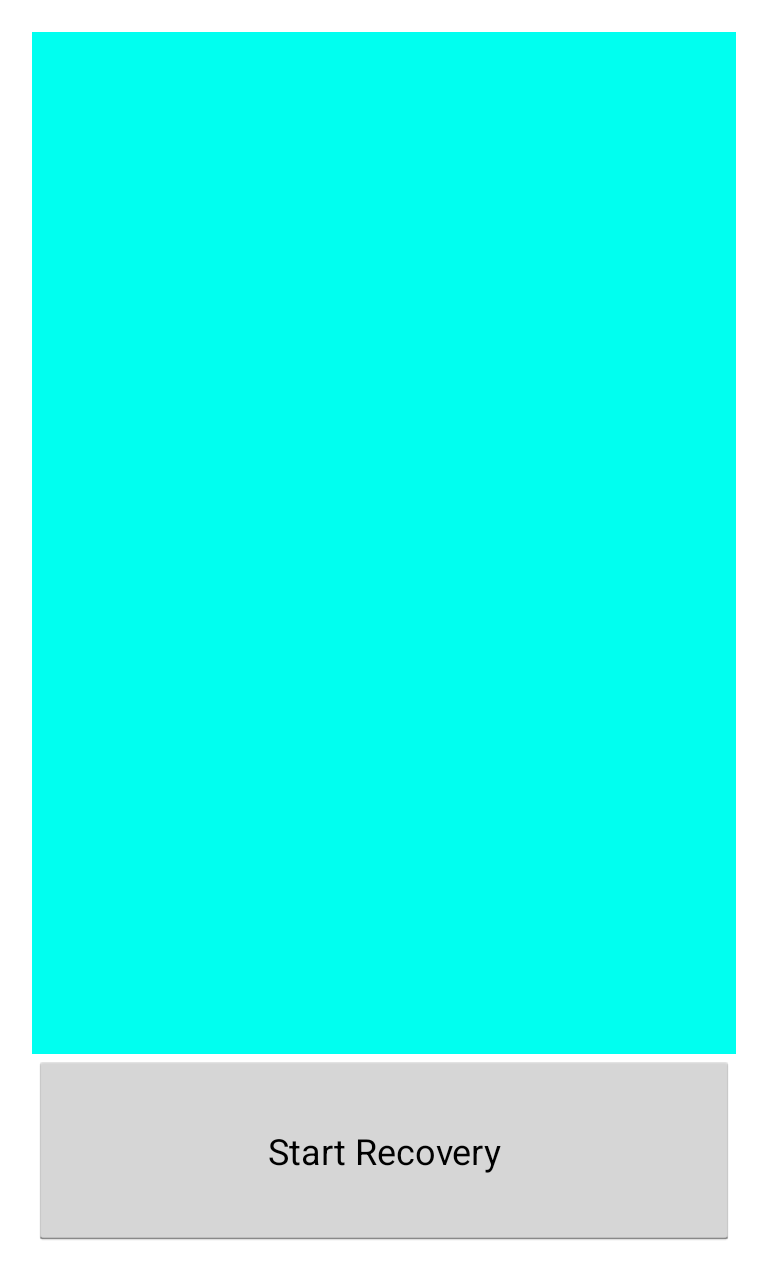
Repository: zzttt/LVM_BackupSol
Layout: TimeTraveler/res/layout/activity_recv.xml
An editor plug-in stored every save of this project. The layout is shown before and after the next save, followed by the edit.
It is drawn on a 768 x 1280 px phone screen (xhdpi) without system bars, with theme AppTheme; the app's code is not run. Lists and similar views that code fills are empty.

Above is the layout before, as saved 2014-07-20 13:20:18.

### TimeTraveler/res/layout/activity_recv.xml
<RelativeLayout xmlns:android="http://schemas.android.com/apk/res/android"
    xmlns:tools="http://schemas.android.com/tools"
    android:layout_width="match_parent"
    android:layout_height="match_parent">

    <LinearLayout
        android:layout_width="match_parent"
        android:layout_height="match_parent"
        android:weightSum="1"
        android:orientation="vertical"
	    android:paddingBottom="@dimen/activity_vertical_margin"
	    android:paddingLeft="@dimen/activity_horizontal_margin"
	    android:paddingRight="@dimen/activity_horizontal_margin"
	    android:paddingTop="@dimen/activity_vertical_margin"
        >
    <ListView
        android:id="@+id/lv_recvList"
        android:layout_width="match_parent"
        android:layout_height="wrap_content"
        android:smoothScrollbar="true"
        android:background="#00fff0"
        android:layout_weight="0.9"
         >
    </ListView>

    <Button
        android:id="@+id/startRecv"
        android:layout_width="match_parent"
        android:layout_height="40dip"
        android:text="Start Recovery"
        android:onClick="mOnClick"
        android:layout_weight="0.1"
        />

    </LinearLayout>
</RelativeLayout>

Loaded but not shown: TimeTraveler/res/values/styles.xml (common file); TimeTraveler/res/values-v11/styles.xml (common file); TimeTraveler/res/values-v14/styles.xml (common file); TimeTraveler/res/values/dimens.xml (common file); TimeTraveler/res/values-w820dp/dimens.xml (common file)

After the next save:
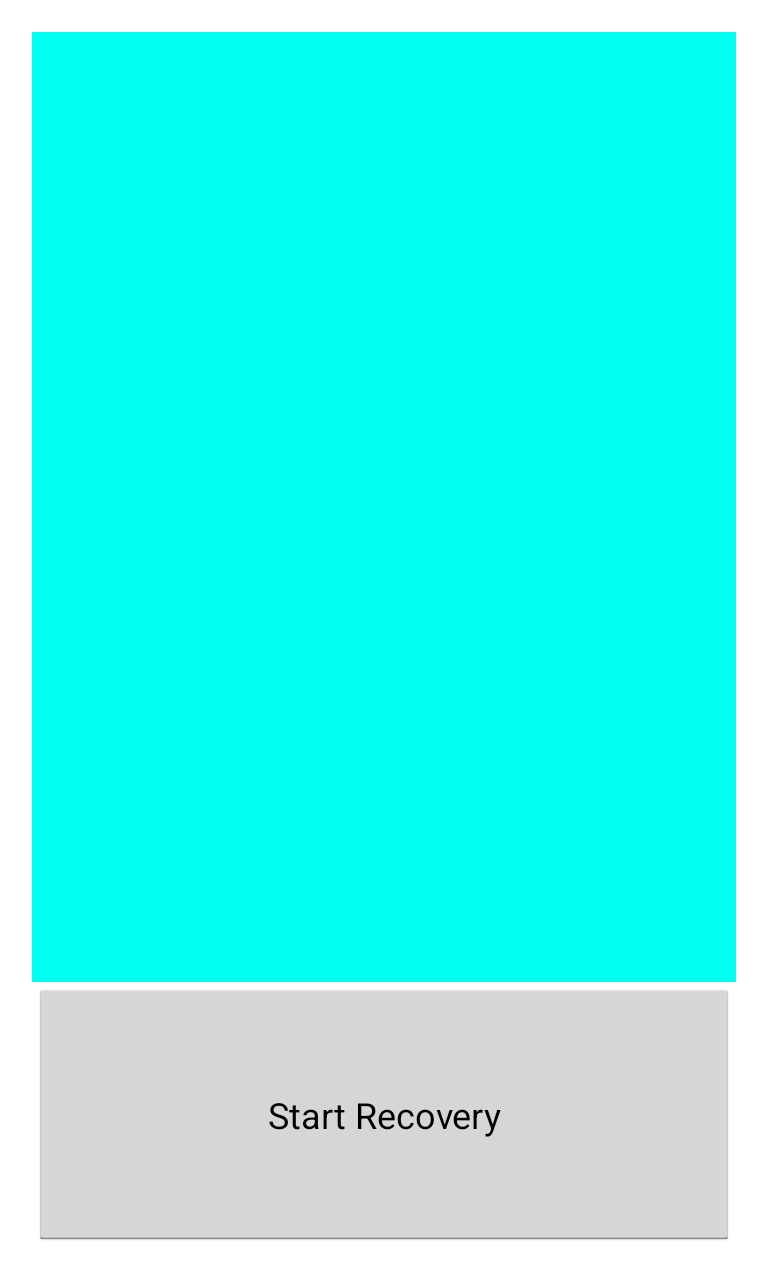
Saved 25 s later.
--- a/TimeTraveler/res/layout/activity_recv.xml
+++ b/TimeTraveler/res/layout/activity_recv.xml
@@ -26,7 +26,7 @@
     <Button
         android:id="@+id/startRecv"
         android:layout_width="match_parent"
-        android:layout_height="40dip"
+        android:layout_height="80dip"
         android:text="Start Recovery"
         android:onClick="mOnClick"
         android:layout_weight="0.1"
